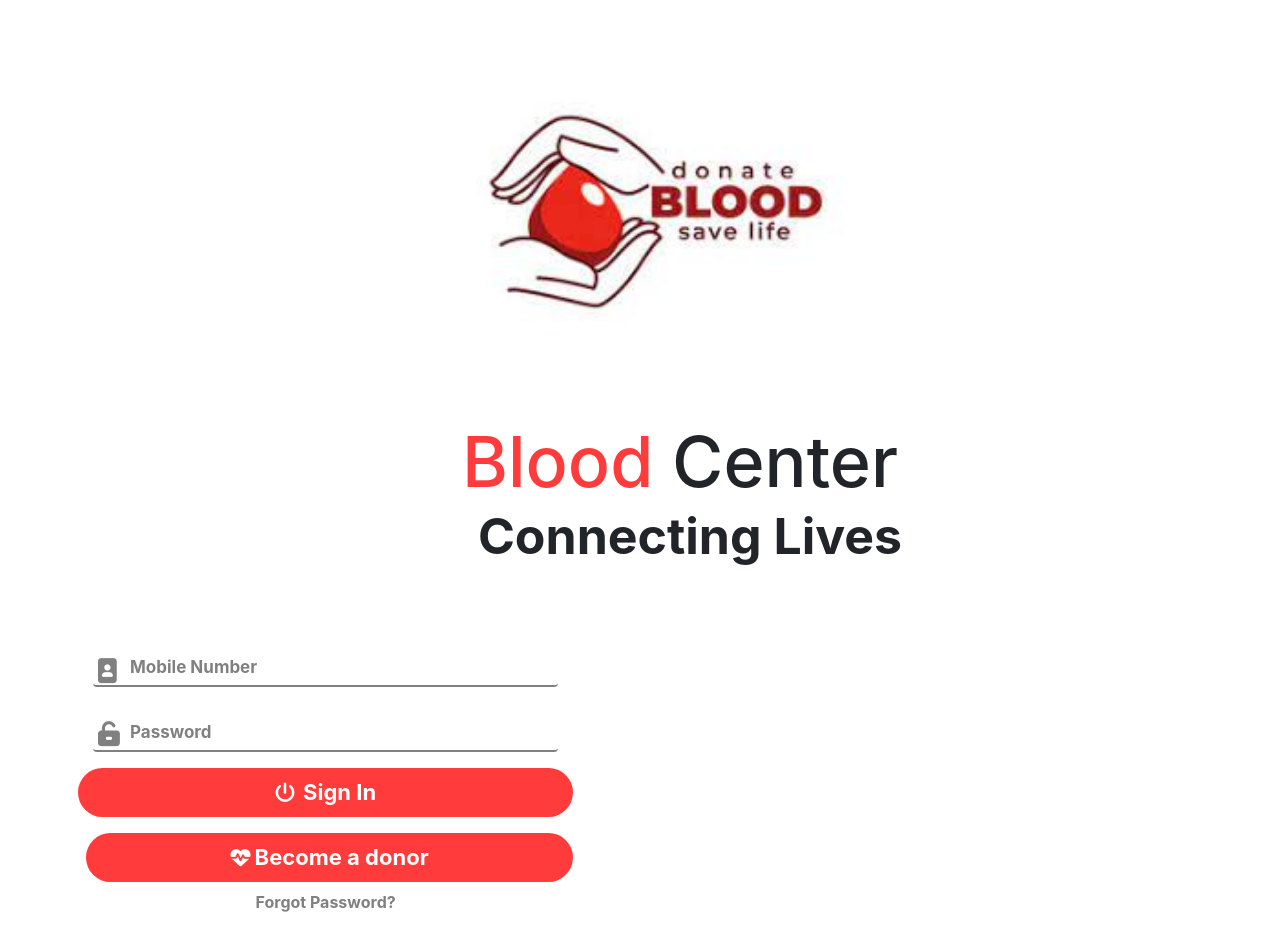
Repository: syedali042/jbds
Page: /
These files come from the project's save history. The page is drawn as it stood at one moment and after the next save; the edit follows.
The browser window is 1280 px wide. The pictures show the whole page.
Some web libraries are served in a nearby version. The project was rebuilt for these pictures with package versions that can differ from the ones it lists, and the page was loaded fresh each time. Also part of the build but not shown: src/components/Header.js, src/components/About.js, src/components/Register.js, src/components/Header2.js, src/components/Home.js, src/components/Header4.js, src/components/Request.js, src/components/Header3.js and 1 more.

Above is the page before, as saved 2021-11-09 20:27:08.

After the next save:
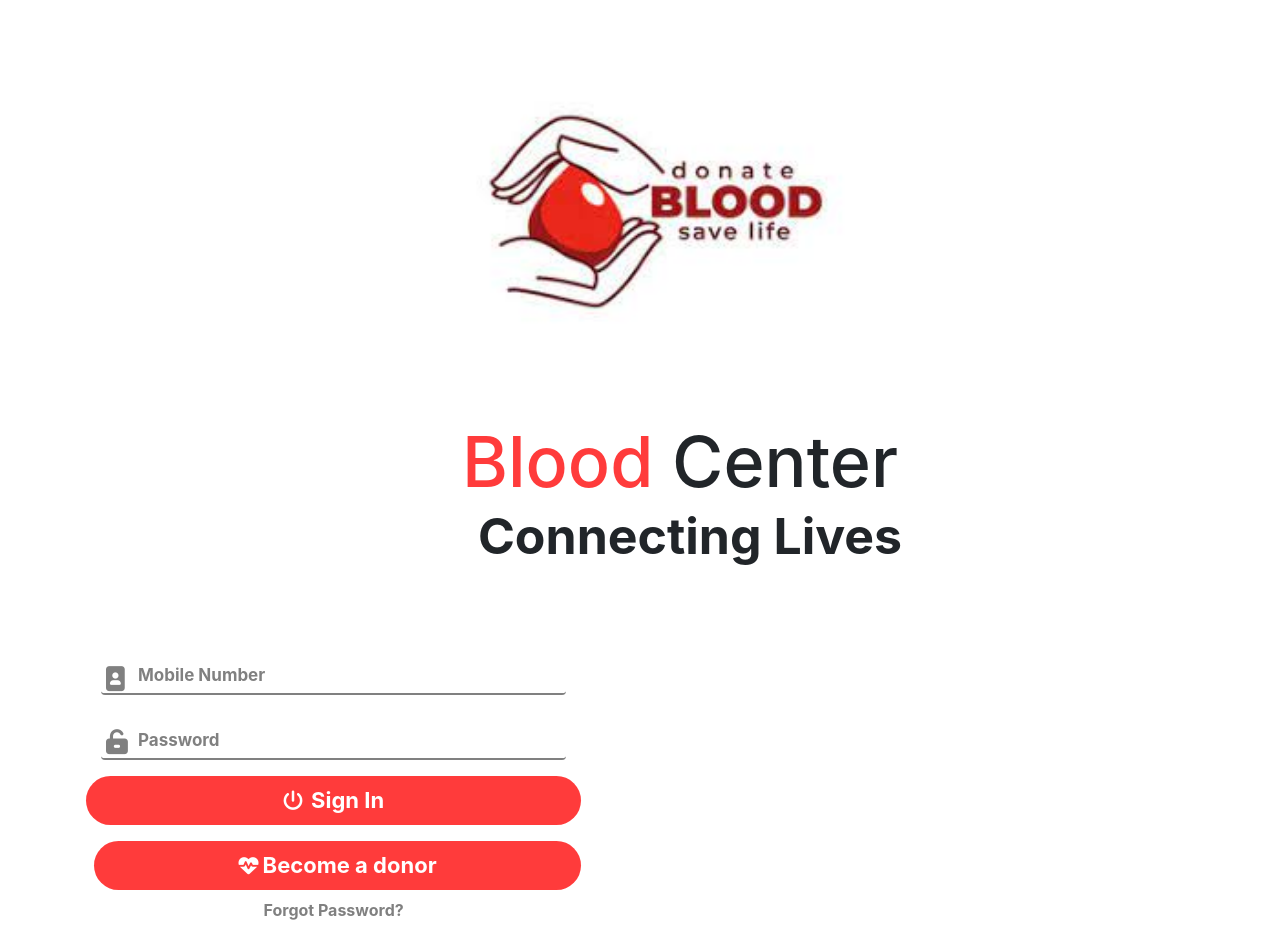
Saved 7 s later.
--- a/src/components/Login.js
+++ b/src/components/Login.js
@@ -15,7 +15,7 @@ function Login() {
                     </div>
                 </div>
                 <div className="container">
-                    <div className="row p-2">
+                    <div className="row p-3">
                     <div>
 
                                 <Formik
